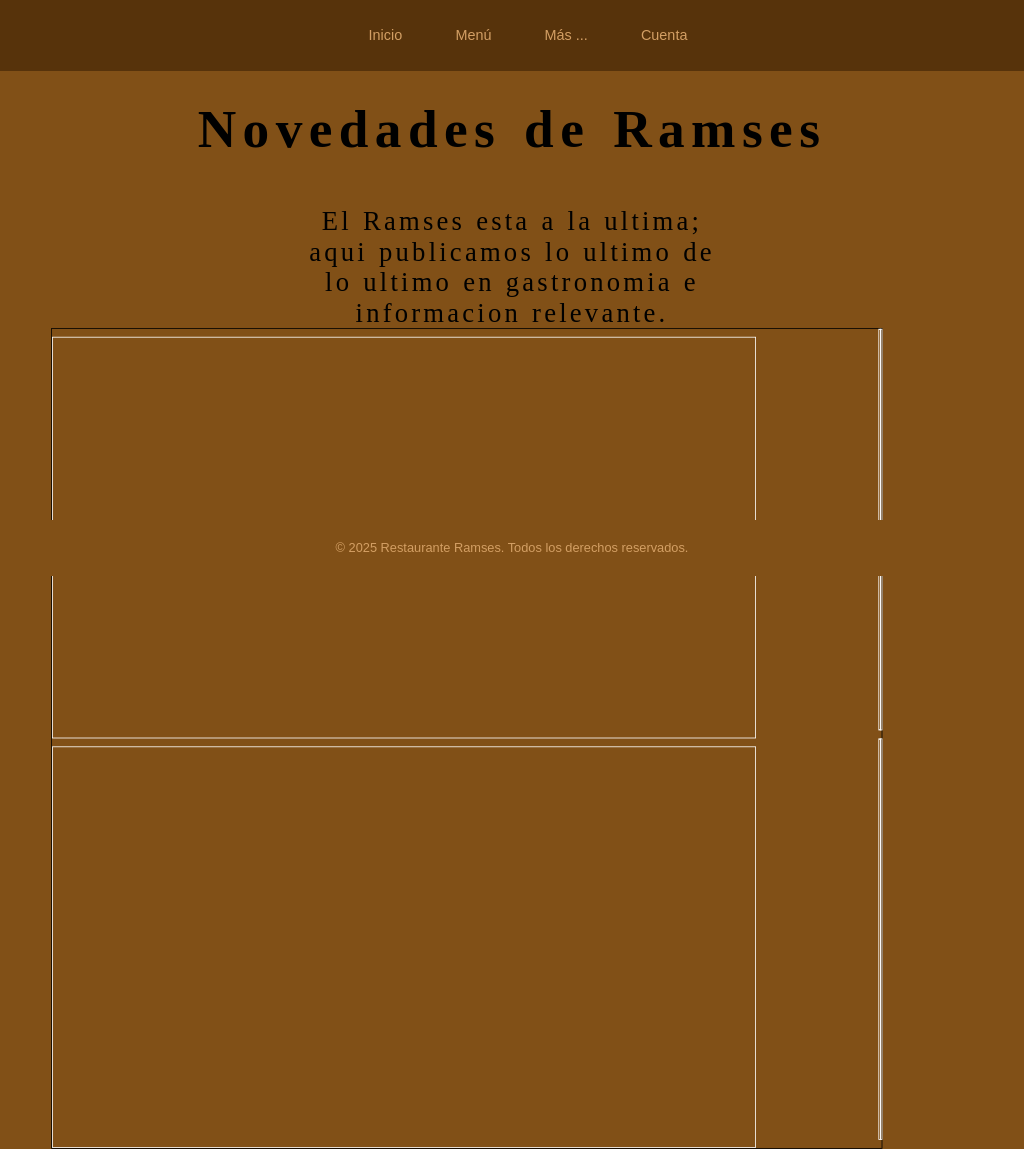
Repository: demoniers/demonIers.github.io
Page: web-lenguajes/src/noticias.html
The author's editor kept a copy of each file at every save. The page is drawn from the files as they stood at one save, then again after the next save.
The browser window is 1280 px wide. The pictures show the whole page, at 80% of full size.
Some web fonts or font styles are not loaded; a fallback is used.

Above is the page before, as saved 2025-01-22 12:22:59.

After the next save:
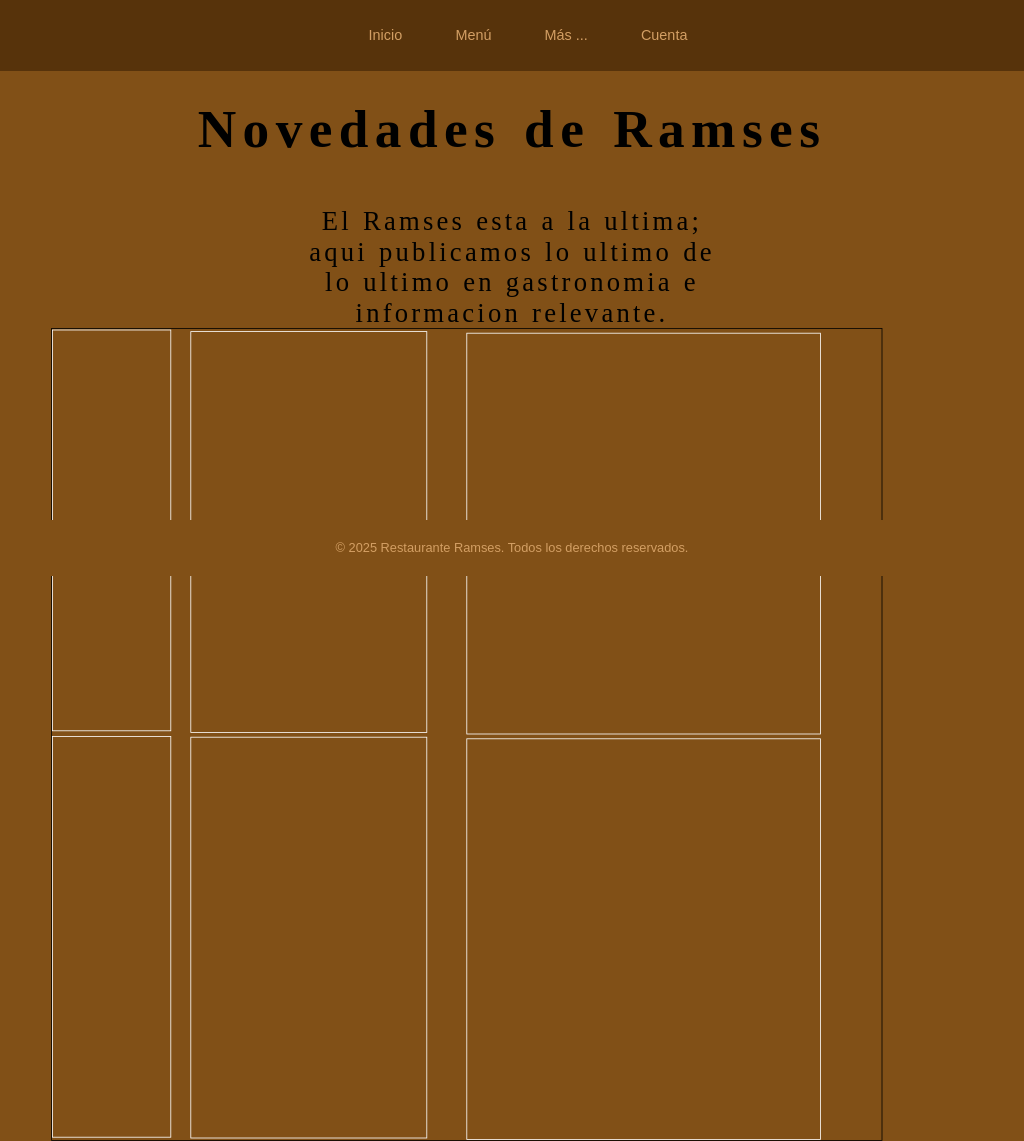
Saved 13 s later.
--- a/web-lenguajes/style/noticias.css
+++ b/web-lenguajes/style/noticias.css
@@ -100,7 +100,7 @@ nav ul li:hover ul {
 }
 .cont-noticias {
     display: grid;
-    grid-template-columns: 1fr;
+    grid-template-columns: 1fr 2fr 3fr;
     width: 90%;
     border: solid 1px;
 }
